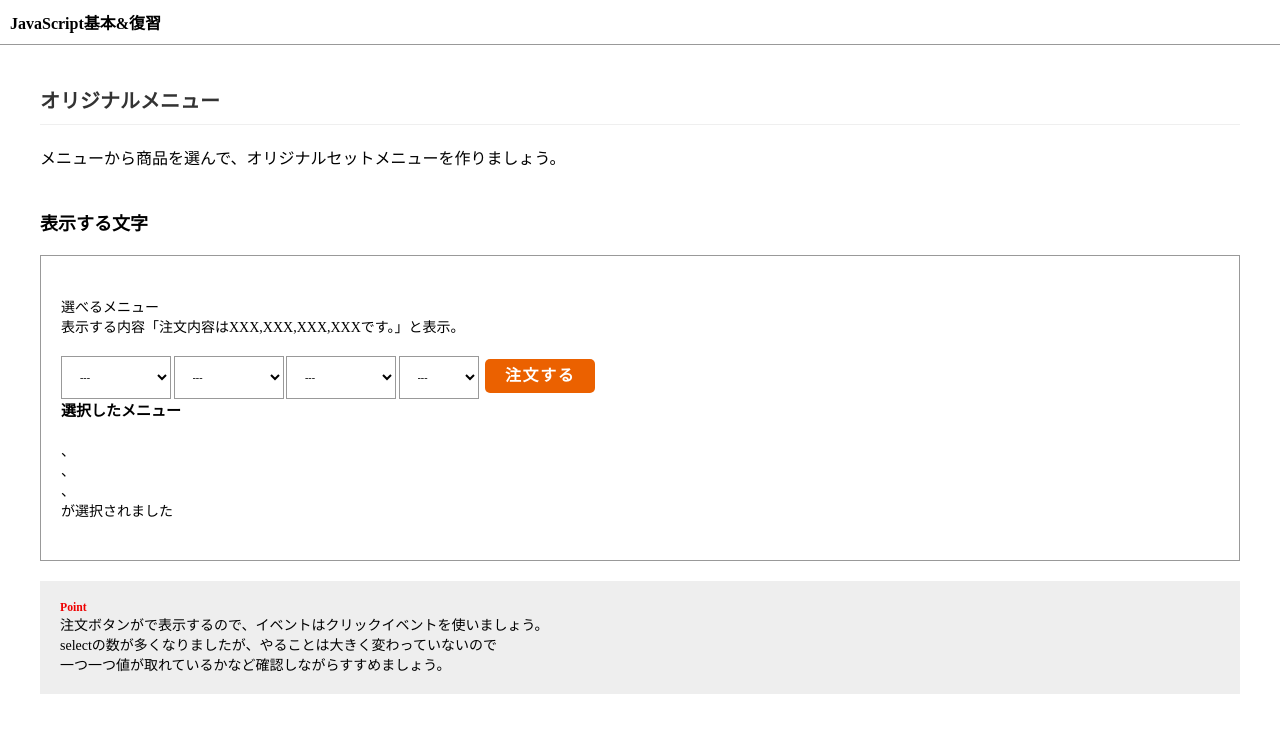
Repository: ama-ne2/study_Js09
Page: 05_DOM/dom06_practice.html
These files come from the project's save history. The page is drawn as it stood at one moment and after the next save; the edit follows.
The browser window is 1280 px wide. The pictures show the whole page.
After loading, the first visible `#submit` was clicked once.

Above is the page before, as saved 2025-11-21 15:04:42.

After the next save:
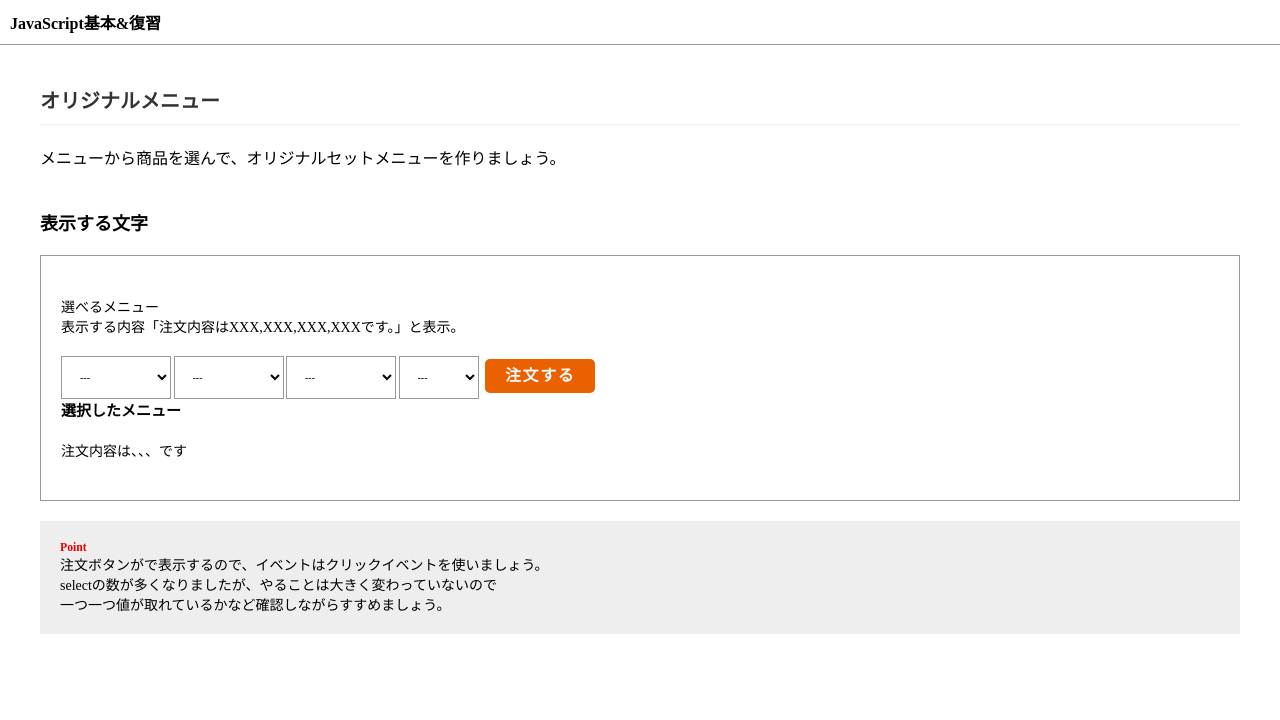
Saved 42 s later.
--- a/05_DOM/js/dom06_practice.js
+++ b/05_DOM/js/dom06_practice.js
@@ -7,8 +7,5 @@ const menu = document.getElementById("menu");
 
 btn.addEventListener("click" , ()=>{
     console.log("メニュー");
-    menu.innerText = `${main.value}、
-    ${sub.value}、
-    ${soup.value}、
-    ${side.value}が選択されました`
+    menu.innerText = `注文内容は${main.value}、${sub.value}、${soup.value}、${side.value}です`
     })
